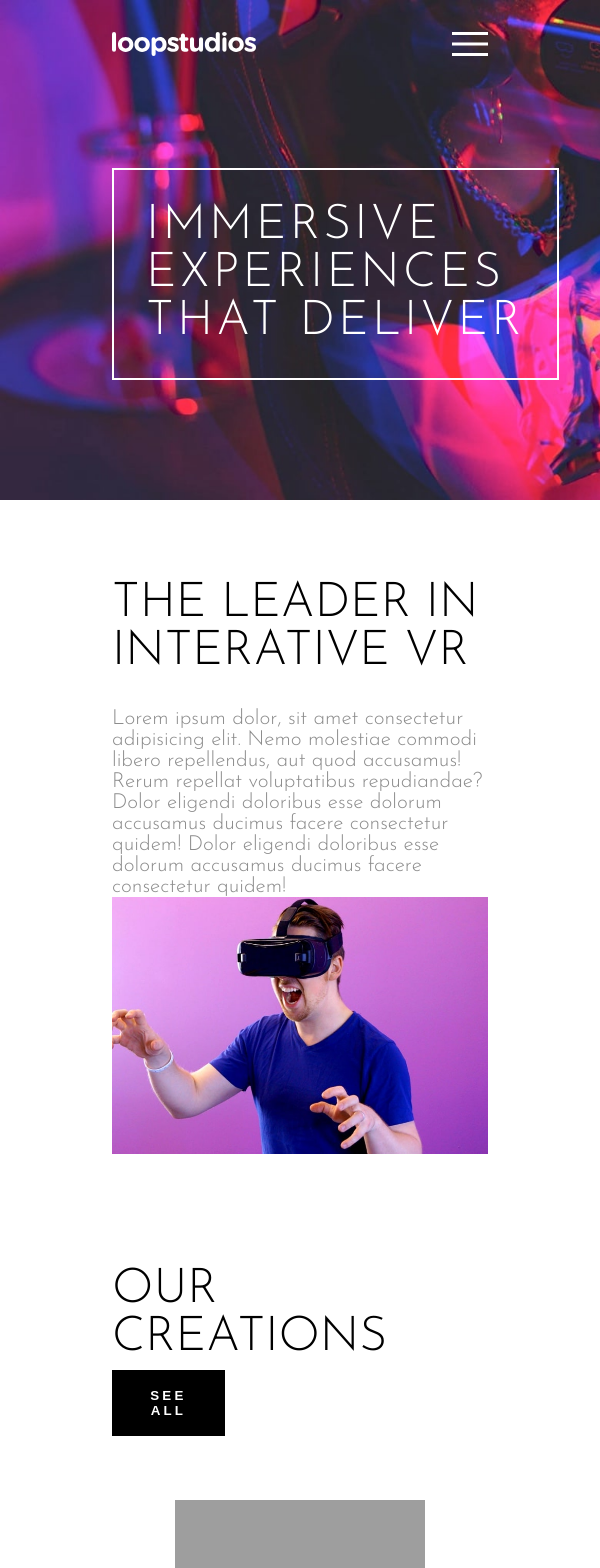
Repository: gligor99/loopstudios-fm
Page: /
The author's editor kept a copy of each file at every save. The page is drawn from the files as they stood at one save, then again after a run of saves.
The browser window is 600 px wide. The pictures show the part of the page from y = 0 to 1568 px (the page is 6263 px tall).
Pictures or frames that could not be fetched are drawn as grey boxes. Backgrounds fixed to the window are drawn as part of the page. The project was rebuilt for these pictures with package versions that can differ from the ones it lists, and the page was loaded fresh each time. Also part of the build but not shown: src/components/Sidebar/Sidebar.jsx.

Above is the page before, as saved 2021-11-29 00:07:47.

After the next 2 saves:
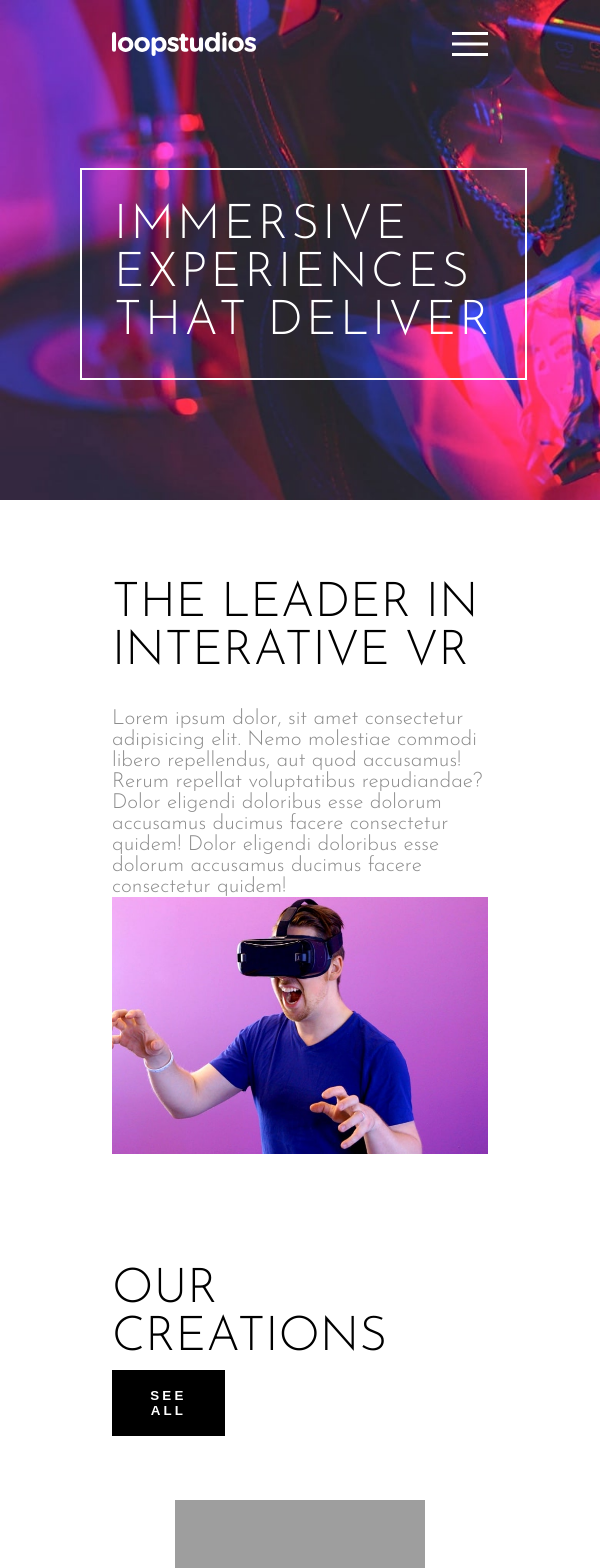
The 2 saves are shown as one change because they came seconds apart.
The last was saved 7 s later.
--- a/src/components/Hero/hero.css
+++ b/src/components/Hero/hero.css
@@ -24,8 +24,7 @@
 
 @media screen and (max-width: 692px) {
   .container-content {
-    display: flex;
     margin-top: 5rem;
-    margin-left: 7rem;
+    margin-left: 5rem;
   }
 }
